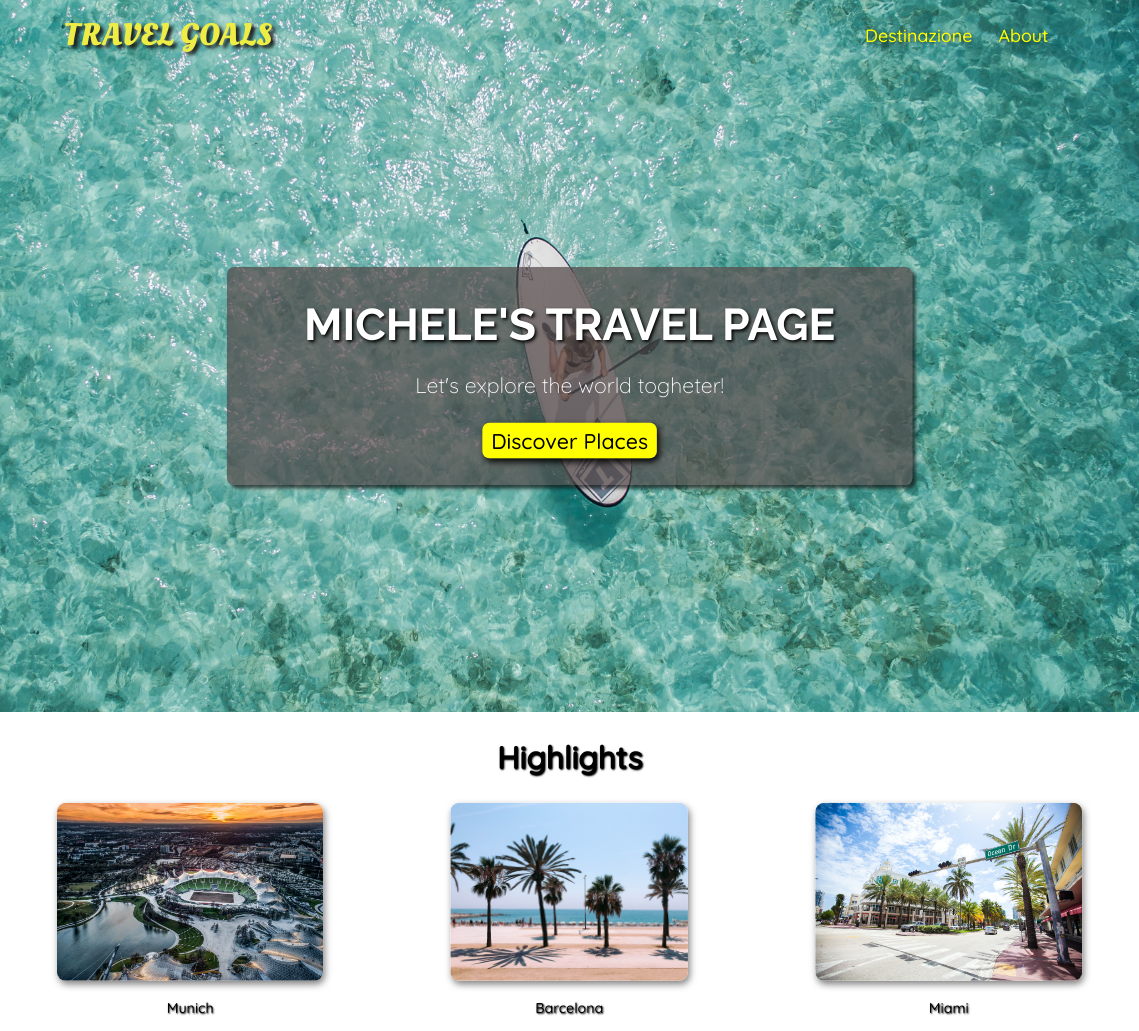
Repository: MicTomm/Travel-Goals
Page: index.html
The author's editor kept a copy of each file at every save. The page is drawn from the files as they stood at one save, then again after the next save.
The browser window is 1280 px wide. The pictures show the whole page, at 89% of full size.

Above is the page before, as saved 2023-06-05 16:17:47.

After the next save:
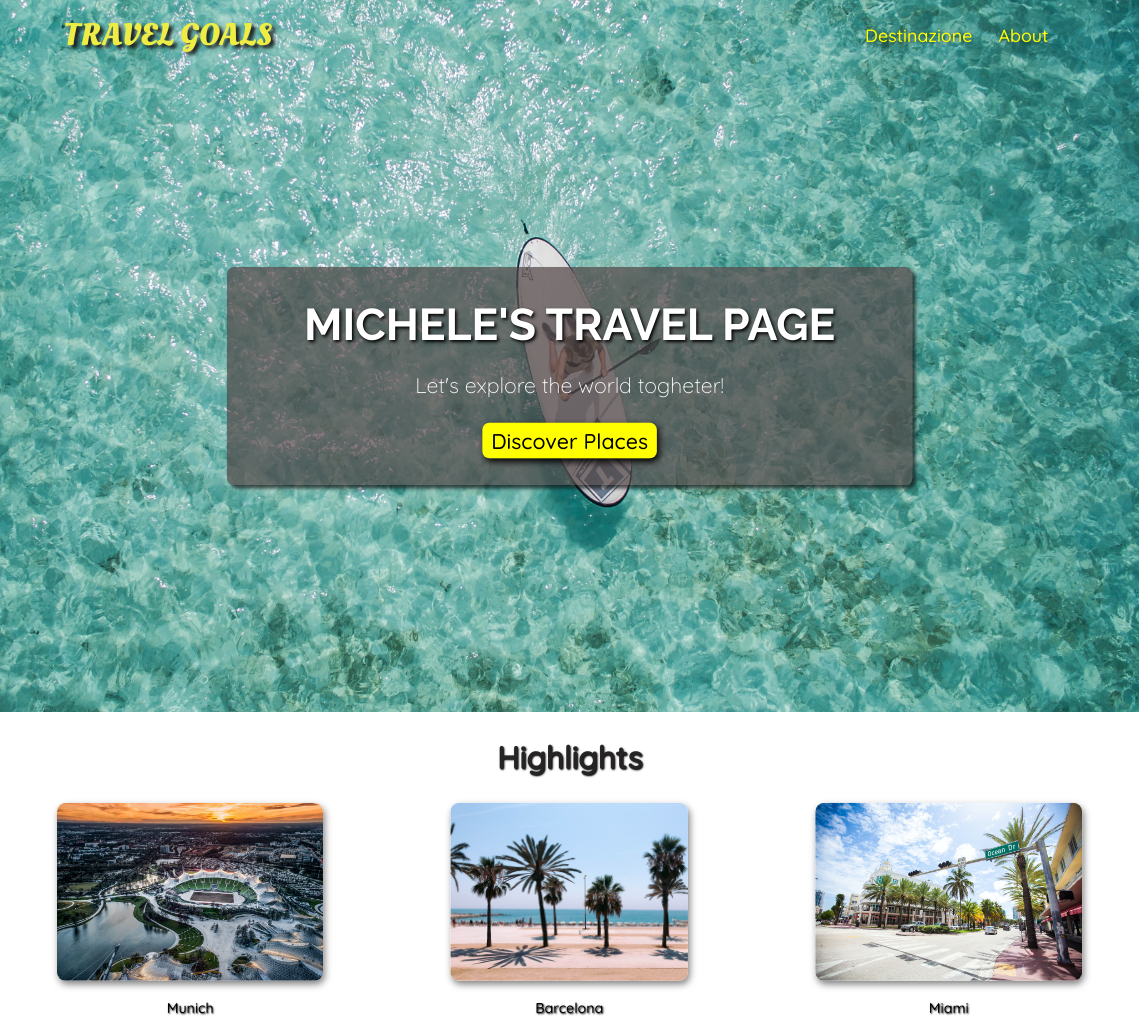
Saved 40 s later.
--- a/styles/main-page-style.css
+++ b/styles/main-page-style.css
@@ -117,6 +117,7 @@ header a:hover{
 #highlights h2{
     font-size: 35px;
     text-shadow: 1px 1px 2px black;
+    color: rgb(37, 35, 35);
 }
 
 #highlights p{
